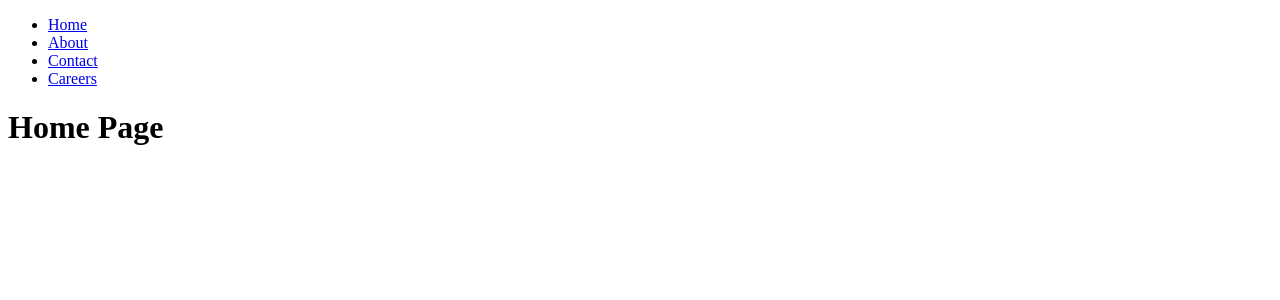
Repository: williamhbcodeinstitute/Flask
Page: http://localhost/
The author's editor kept a record of every edit. The page is drawn from the files as they stood at one moment, then again after the next edit.
The browser window is 1280 px wide. The pictures show the whole page.
The page is served by the project's application, run on Flask 3 (run.py).

Above is the page before.

After the next edit:
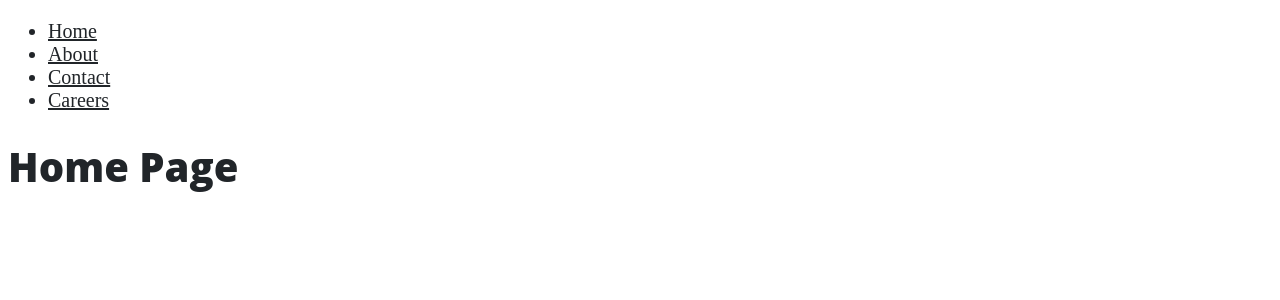
The edit:
--- a/templates/base.html
+++ b/templates/base.html
@@ -4,6 +4,7 @@
     <meta charset="UTF-8">
     <meta name="viewport" content="width=device-width, initial-scale=1.0">
     <meta http-equiv="X-UA-Compatible" content="ie=edge">
+    <link rel="stylesheet" href="{{ url_for('static', filename= 'css/clean-blog.min.css') }}" type="text/css" />
     <title>Hello Flask</title>
 </head>
 <body>
